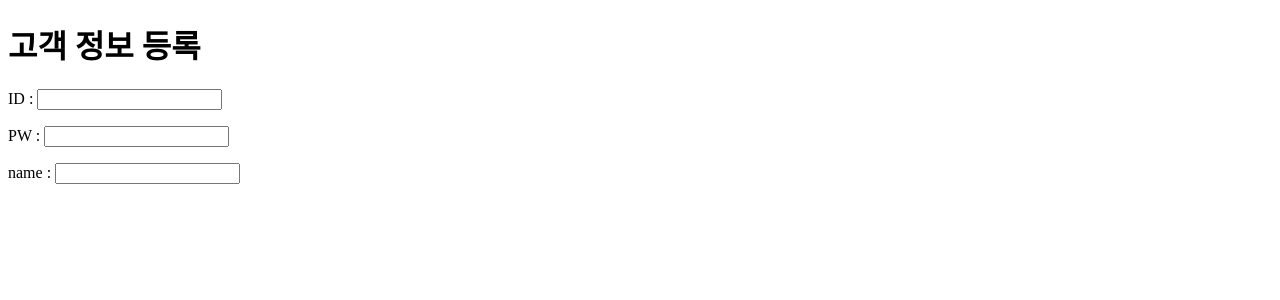
Repository: yjh052216/modapea
Page: http://localhost/customerTest-001/CustomerInsert.jsp
An editor plug-in stored every save of this project. The page is shown before and after the next save, followed by the edit.
The browser window is 1280 px wide. The pictures show the whole page.
The page is served by Tomcat 9. Other server files are loaded and not shown.

Above is the page before, as saved 2019-11-27 12:10:45.

### customerTest-001/src/main/webapp/CustomerInsert.jsp
<%@ page language="java" contentType="text/html; charset=EUC-KR"
    pageEncoding="EUC-KR"%>
<!DOCTYPE html PUBLIC "-//W3C//DTD HTML 4.01 Transitional//EN" "http://www.w3.org/TR/html4/loose.dtd">
<html>
<head>
<meta http-equiv="Content-Type" content="text/html; charset=EUC-KR">
<title>Insert title here</title>
</head>
<body>
<h1>고객 정보 등록</h1>

<form action="insertCustomer.do" method="post">

ID : <input type="text" name="id"><p>
PW : <input type="password" name="pw"><p>
name : <input type="text" name="name"><p>


</form>

</body>
</html>

After the next save:
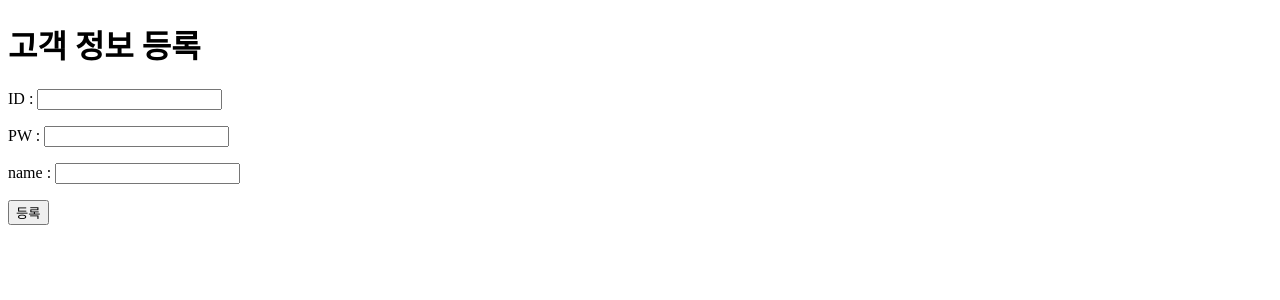
Saved 15 s later.
--- a/customerTest-001/src/main/webapp/CustomerInsert.jsp
+++ b/customerTest-001/src/main/webapp/CustomerInsert.jsp
@@ -15,7 +15,7 @@ ID : <input type="text" name="id"><p>
 PW : <input type="password" name="pw"><p>
 name : <input type="text" name="name"><p>
 
-
+<input type="submit" value="등록">
 </form>
 
 </body>
